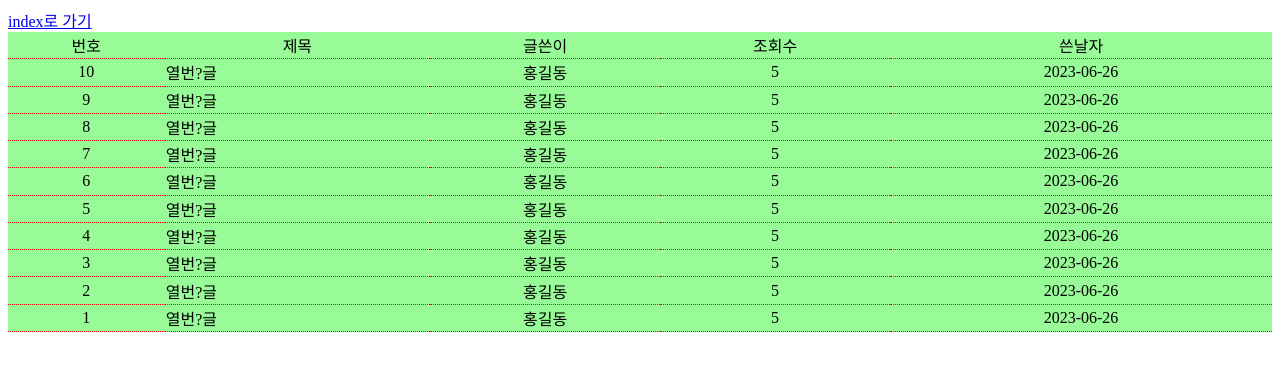
Repository: popll1/Pleiades
Page: http://localhost/jun261/main.jsp
An editor plug-in stored every save of this project. The page is shown before and after the next save, followed by the edit.
The browser window is 1280 px wide. The pictures show the whole page.
The page is served by Tomcat 9.

Above is the page before, as saved 2023-06-26 06:44:05.

After the next save:
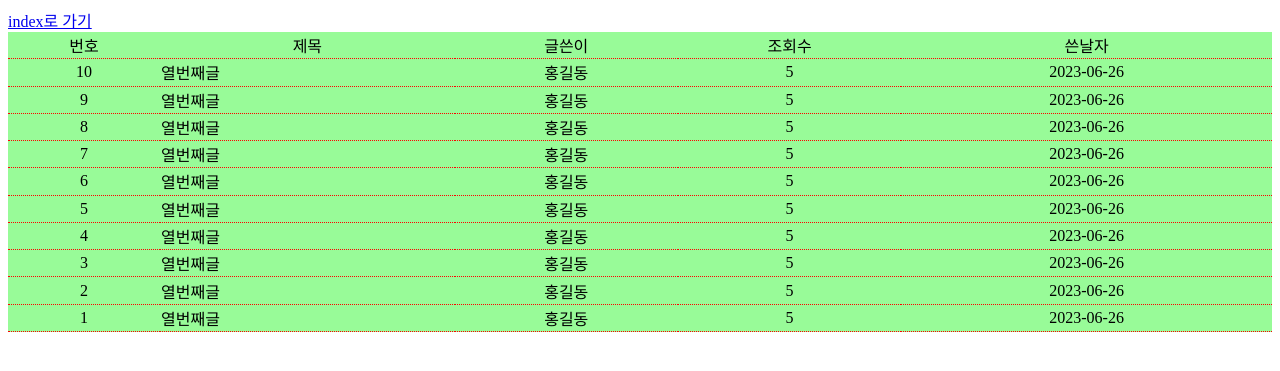
Saved 22 s later.
--- a/jun261/src/main/webapp/main.jsp
+++ b/jun261/src/main/webapp/main.jsp
@@ -45,7 +45,7 @@
 		<%for(int i = 10; i > 0; i--){ %>
 		<tr>
 			<td ><%=i %></td>
-			<td id="title" title = " 마우스 올리면 나올글">열번쨰글</td>
+			<td id="title" title = " 마우스 올리면 나올글">열번째글</td>
 			<td>홍길동</td>
 			<td>5</td>
 			<td>2023-06-26</td>
